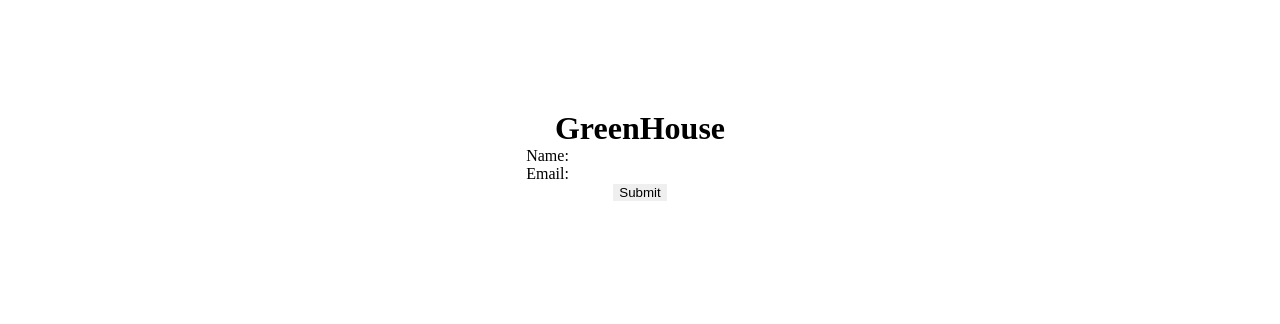
Repository: idan226688/WorkTrack
Page: index.html
An editor plug-in stored every save of this project. The page is shown before and after the next save, followed by the edit.
The browser window is 1280 px wide. The pictures show the whole page.

Above is the page before, as saved 2023-08-30 18:00:09.

### index.html
<!DOCTYPE html>
<html>
<head>
  <link rel="stylesheet" href="GreenHouse.css">
  <title>Login</title>
</head>
<body>
  <div id="container">
    <div id="login-container">
      <h1>GreenHouse</h1>
      <form action="/submit" method="post">
        <label for="name">Name:</label>
        <input type="text" id="name" name="name" required><br>

        <label for="email">Email:</label>
        <input type="email" id="email" name="email" required><br>

        <button type="submit">Submit</button>
      </form>
    </div>
  </div>
</body>
</html>

### GreenHouse.css
*{
    text-align: center;
    margin:0;
    border: none;
}
#container{
    display: flex;
    justify-content: center;
    align-items: center;
    height: 100vh;
}
#login-container{
    display: flex;
    flex-direction: column;
    align-items: center;
    height: 500px;
    width: 420px;
}
#form{
    margin-top: 20%;
}

After the next save:
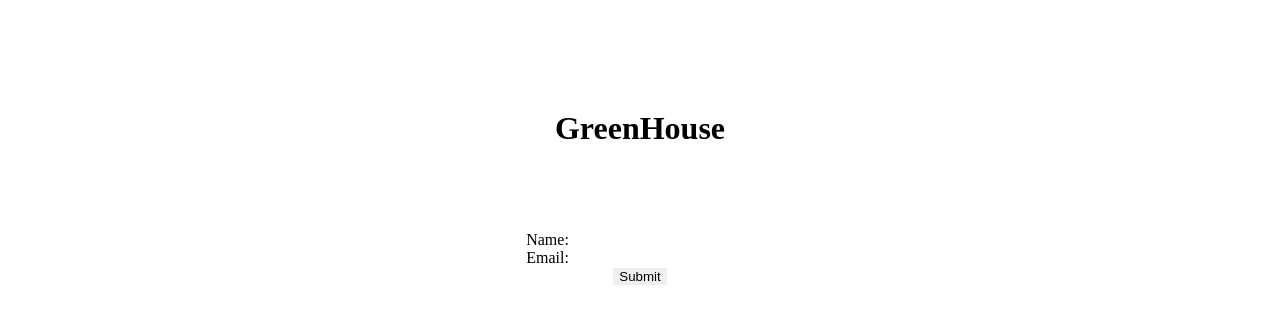
Saved 5 s later.
--- a/index.html
+++ b/index.html
@@ -8,13 +8,11 @@
   <div id="container">
     <div id="login-container">
       <h1>GreenHouse</h1>
-      <form action="/submit" method="post">
+      <form action="/submit" method="post" id="form">
         <label for="name">Name:</label>
         <input type="text" id="name" name="name" required><br>
-
         <label for="email">Email:</label>
         <input type="email" id="email" name="email" required><br>
-
         <button type="submit">Submit</button>
       </form>
     </div>
